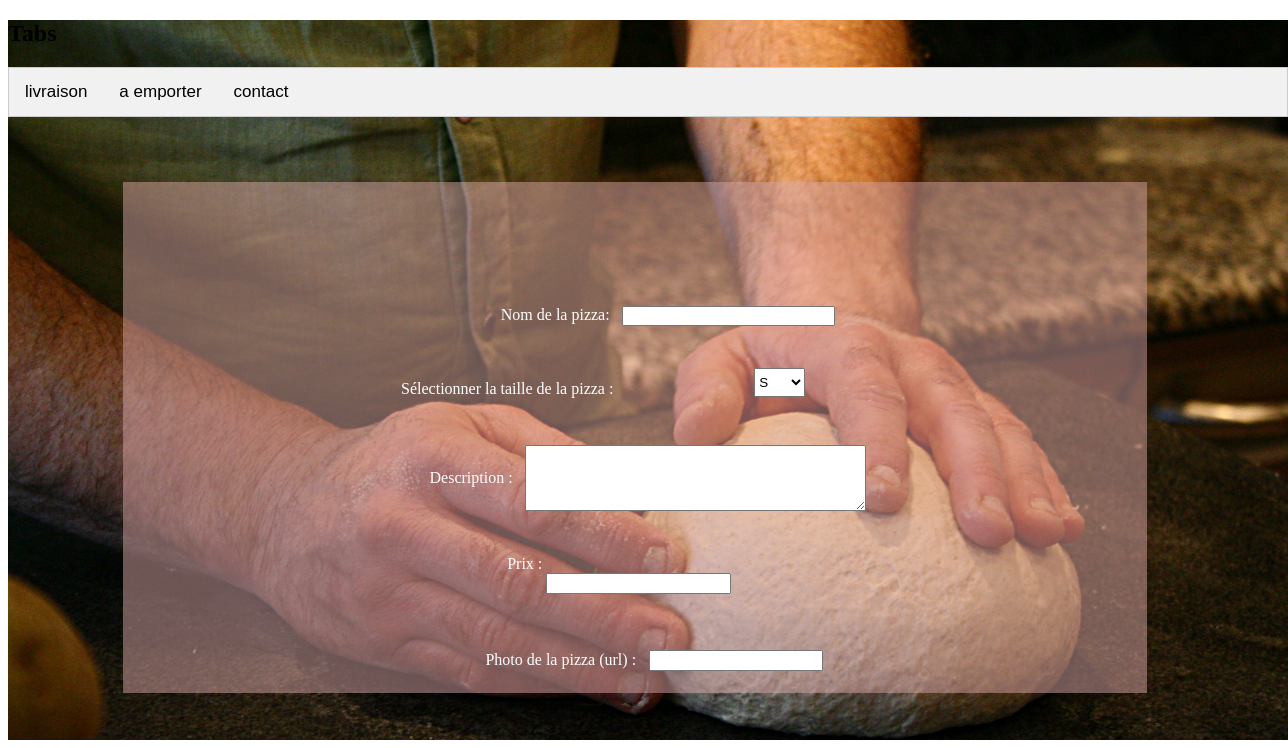
Repository: dev84-unalien/pippo_pizza
Page: admin.html
These files come from the project's save history. The page is drawn as it stood at one moment and after a run of saves; the edit follows.
The browser window is 1280 px wide. The page is 1288 px wide, so the pictures cover 1288 px, including what lies to the right of the window. The pictures show the whole page.

Above is the page before, as saved 2019-09-10 16:17:30.

After the next 2 saves:
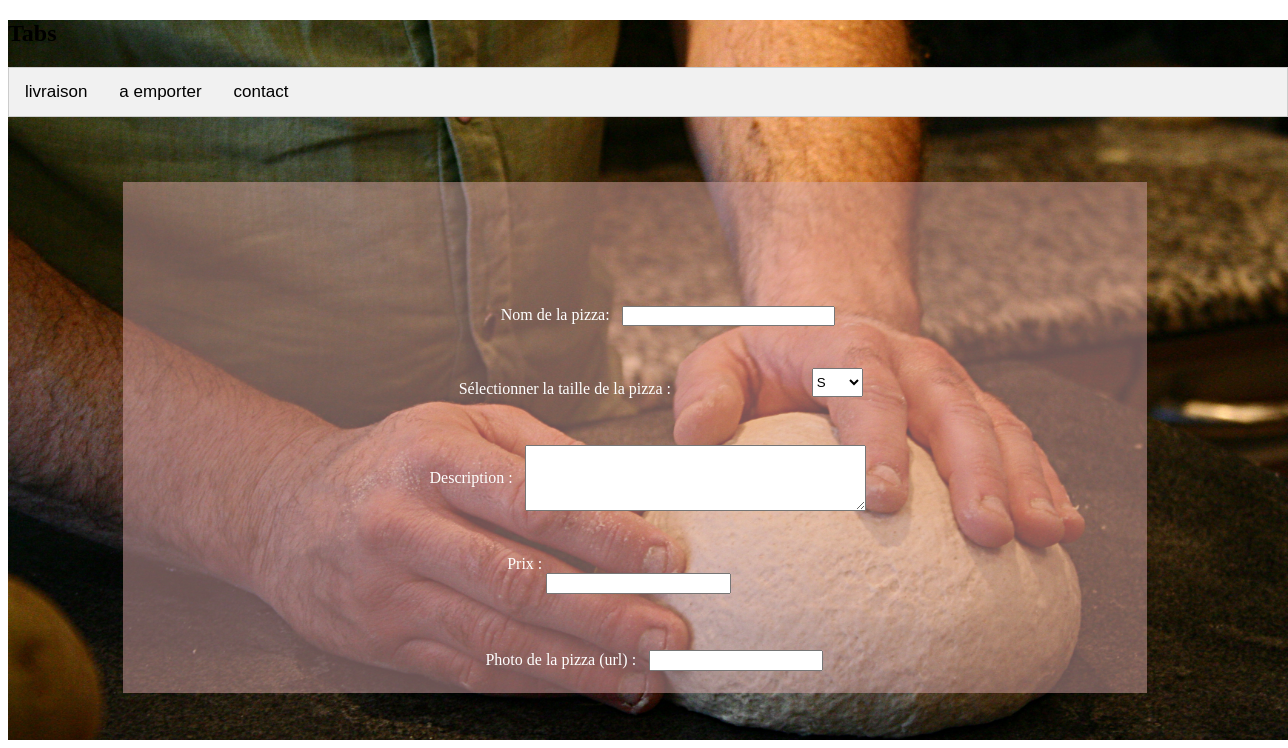
The 2 saves are shown as one change because they came seconds apart.
The last was saved 12 s later.
--- a/admin.css
+++ b/admin.css
@@ -84,7 +84,7 @@ TEXTAREA{
 }
 p {
   color: white;
-  margin-left: 1vw;
+  margin-left: 10vw;
   margin-right: 11vw;
 }
 
